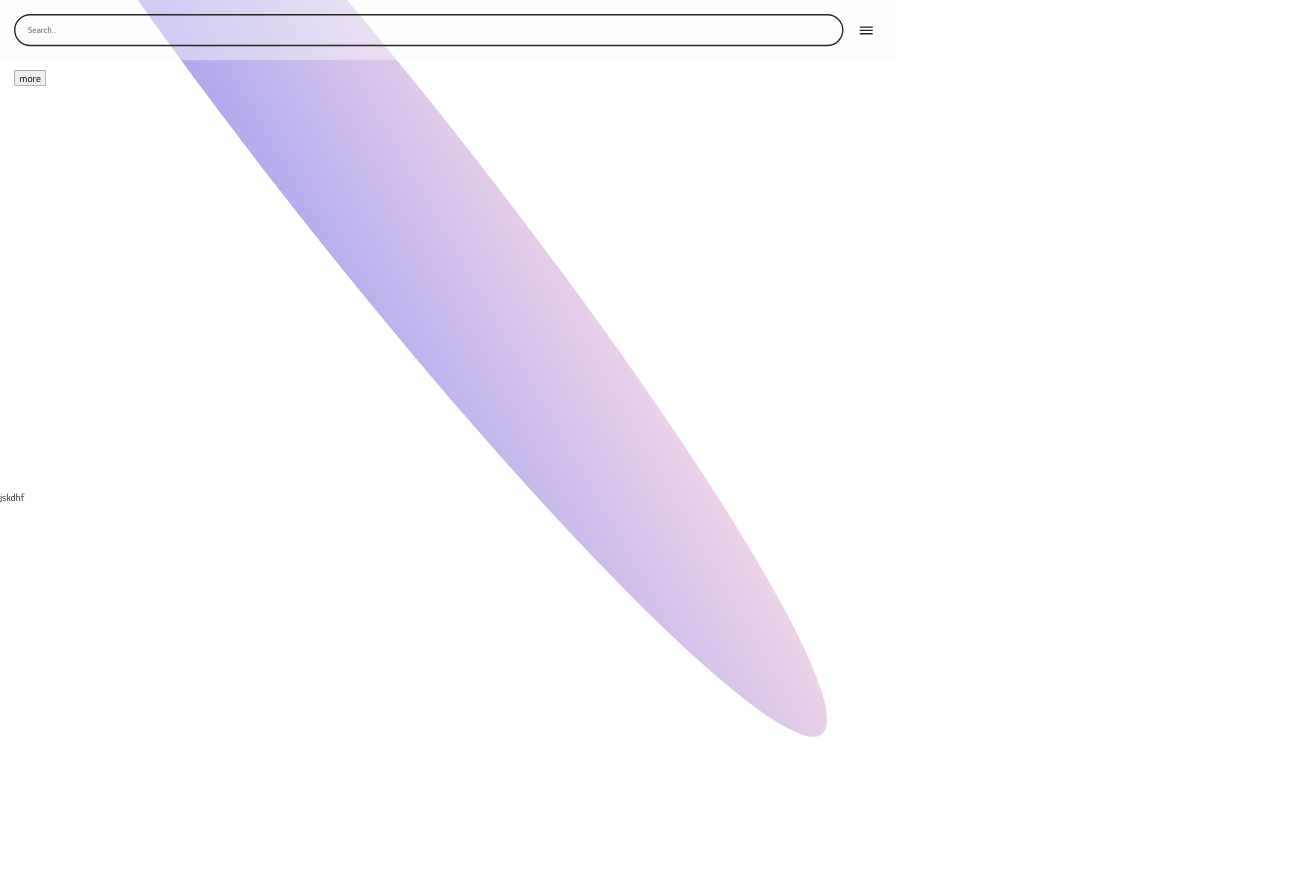
Repository: Axeliriya/my-test
Page: /
These files come from the project's save history. The page is drawn as it stood at one moment and after the next save; the edit follows.
The browser window is 1280 px wide. The page is 1280 px wide, then 1842 px, so the pictures cover 1842 px, including what lies to the right of the window. The pictures show the part of the page from y = 0 to 1320 px (the page is 1263 px tall before and 1900 px after), at 70% of full size.
The page's requests for data from a server got no answer. The project was rebuilt for these pictures with package versions that can differ from the ones it lists, and the page was loaded fresh each time. No one was signed in, and anything a server would have sent is missing. Also part of the build but not shown: src/components/ProductList/ProductList.tsx, src/components/ProductItem/ProductItem.tsx.

Above is the page before, as saved 2022-04-05 15:46:22.

After the next save:
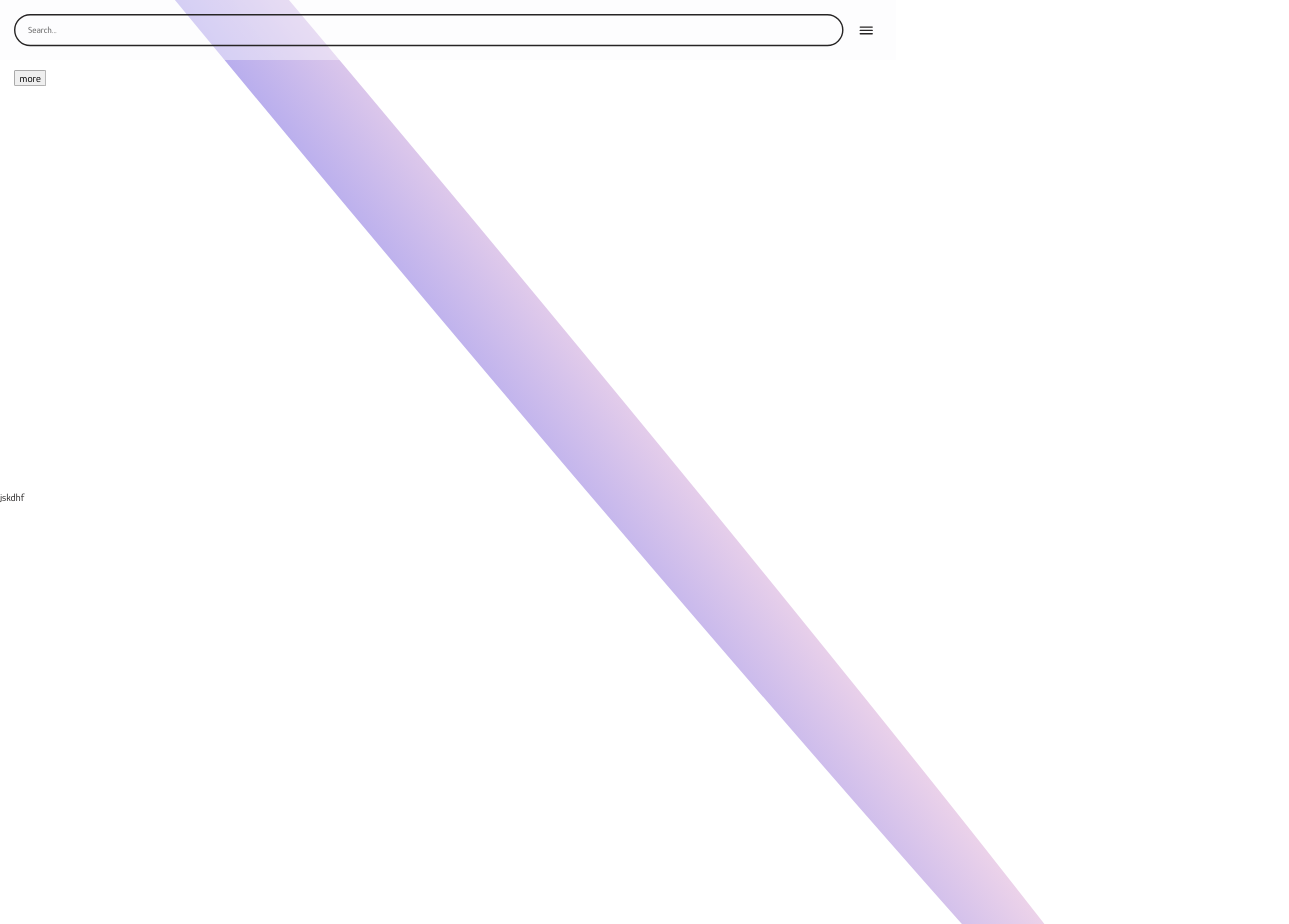
Saved 42 s later.
--- a/src/components/Main/Main.module.scss
+++ b/src/components/Main/Main.module.scss
@@ -13,7 +13,7 @@
   width: 100%;
   height: 500px;
   background: $main-gradient;
-  transform: skew(10deg, 50deg);
+  transform: skew(10deg, 50deg) scale(2, 0.5);
   border-radius: 50%;
   overflow: hidden;
 }
